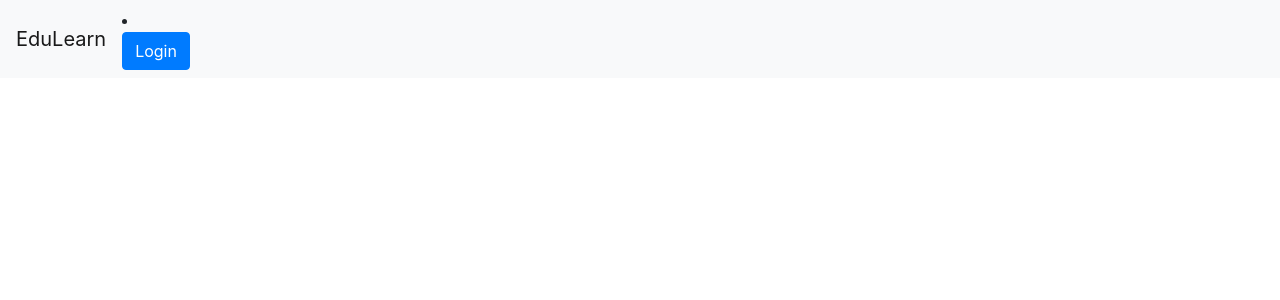
Repository: Amerendra363/Globallogic
Page: Hello/src/main/webapp/index.html
The author's editor kept a copy of each file at every save. The page is drawn from the files as they stood at one save, then again after the next save.
The browser window is 1280 px wide. The pictures show the whole page.

Above is the page before, as saved 2022-08-03 08:42:09.

### Hello/src/main/webapp/index.html
<!DOCTYPE html>
<html lang="en">
<head>
<meta charset="ISO-8859-1">
<title>EDU Learn</title>
<link rel="stylesheet" type="text/css"href="idexcss.css">
<link rel="stylesheet" href="https://cdn.jsdelivr.net/npm/bootstrap@4.6.1/dist/css/bootstrap.min.css">

<!-- jQuery library -->
<script src="https://cdn.jsdelivr.net/npm/jquery@3.6.0/dist/jquery.slim.min.js"></script>

<!-- Popper JS -->
<script src="https://cdn.jsdelivr.net/npm/popper.js@1.16.1/dist/umd/popper.min.js"></script>

<!-- Latest compiled JavaScript -->
<script src="https://cdn.jsdelivr.net/npm/bootstrap@4.6.1/dist/js/bootstrap.bundle.min.js"></script>
<link rel="stylesheet" href="https://cdn.jsdelivr.net/npm/bootstrap@4.0.0/dist/css/bootstrap.min.css" integrity="sha384-Gn5384xqQ1aoWXA+058RXPxPg6fy4IWvTNh0E263XmFcJlSAwiGgFAW/dAiS6JXm" crossorigin="anonymous">
</head>
<body>
<nav class="navbar navbar-expand-lg navbar-light bg-light">
  <a class="navbar-brand" href="#">EduLearn</a>
  <button class="navbar-toggler" type="button" data-toggle="collapse" data-target="#navbarSupportedContent" aria-controls="navbarSupportedContent" aria-expanded="false" aria-label="Toggle navigation">
    <span class="navbar-toggler-icon"></span>
  </button>

  <div class="collapse navbar-collapse" id="navbarSupportedContent">

      <li class="nav-item active">
      <div class="text-right">
        <button type="button"  class="btn btn-primary">Login</button>
    </div>
    </li>


  </div>
</nav>



</body>
</html>

### Hello/src/main/webapp/idexcss.css
@charset "ISO-8859-1";

.navbar-brand{
	margin:0;
	padding :0;
}
.nav-item active
{
	height:100vh;

}
.btn btn-primary
{
	align: c;
}

After the next save:
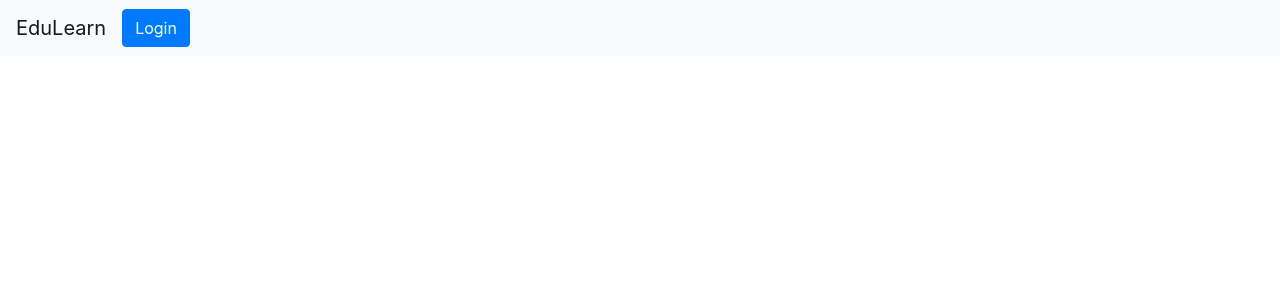
Saved 37 s later.
--- a/Hello/src/main/webapp/index.html
+++ b/Hello/src/main/webapp/index.html
@@ -24,13 +24,15 @@
   </button>
 
   <div class="collapse navbar-collapse" id="navbarSupportedContent">
+    <ul class="navbar-nav mr-auto">
+      <li class="nav-item active">
 
-      <li class="nav-item active">
-      <div class="text-right">
-        <button type="button"  class="btn btn-primary">Login</button>
+
+    <div class="text-right">
+        <button type="button"  class="btn btn-primary ">Login</button>
     </div>
     </li>
-
+    </ul>
 
   </div>
 </nav>
